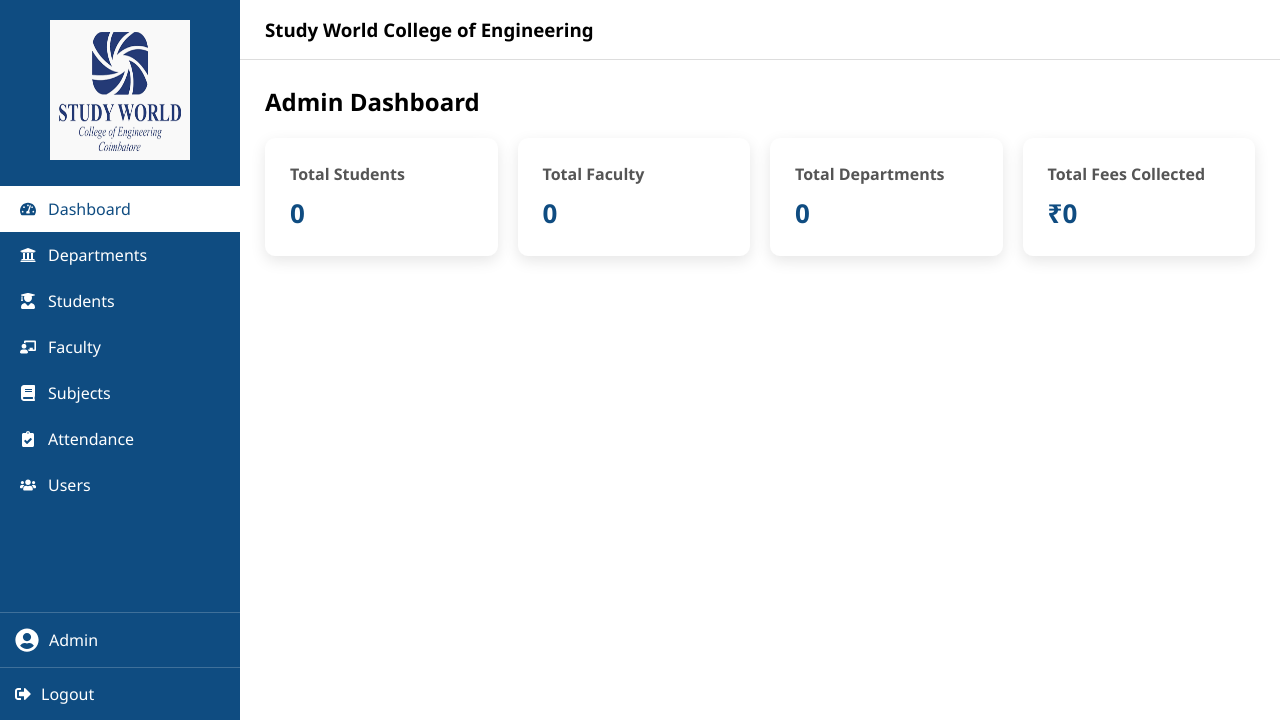
Repository: arthanarieswara/frontend
Page: /dashboard
An editor plug-in stored every save of this project. The page is shown before and after the next save, followed by the edit.
The browser window is 1280 px wide. The pictures show the whole page.
The page's requests for data from a server got no answer. The project was rebuilt for these pictures with package versions that can differ from the ones it lists, and the page was loaded fresh each time. No one was signed in, and anything a server would have sent is missing. Also part of the build but not shown: vite.config.js, src/pages/auth/Login.jsx, src/pages/departments/Departments.css, src/pages/departments/Departments.jsx, src/pages/students/Students.css, src/pages/students/Students.jsx, src/pages/faculty/Faculty.css, src/pages/faculty/Faculty.jsx and 6 more.

Above is the page before, as saved 2026-03-18 13:50:26.

After the next save:
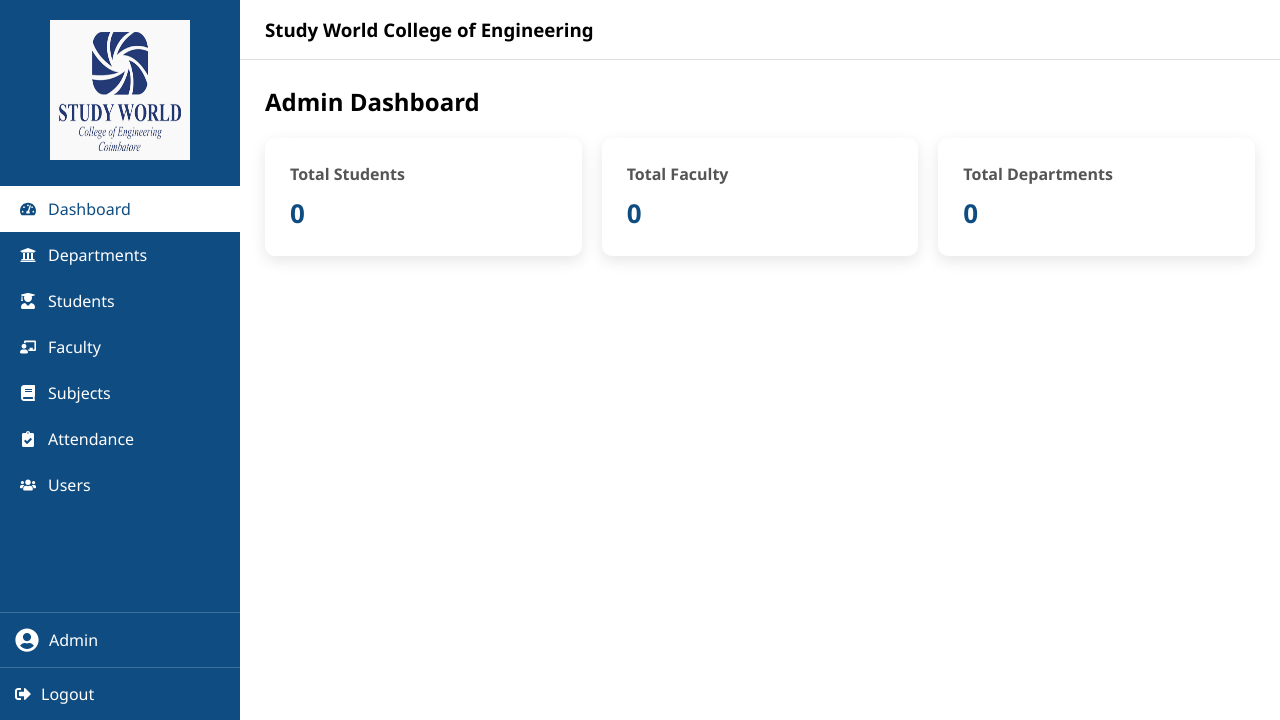
Saved 15 s later.
--- a/src/pages/dashboard/Dashboard.jsx
+++ b/src/pages/dashboard/Dashboard.jsx
@@ -59,10 +59,10 @@ function Dashboard() {
             <p>{data.departments}</p>
           </div>
 
-          <div className="card">
+          {/* <div className="card">
             <h3>Total Fees Collected</h3>
             <p>₹{data.fees}</p>
-          </div>
+          </div> */}
 
         </div>
 
